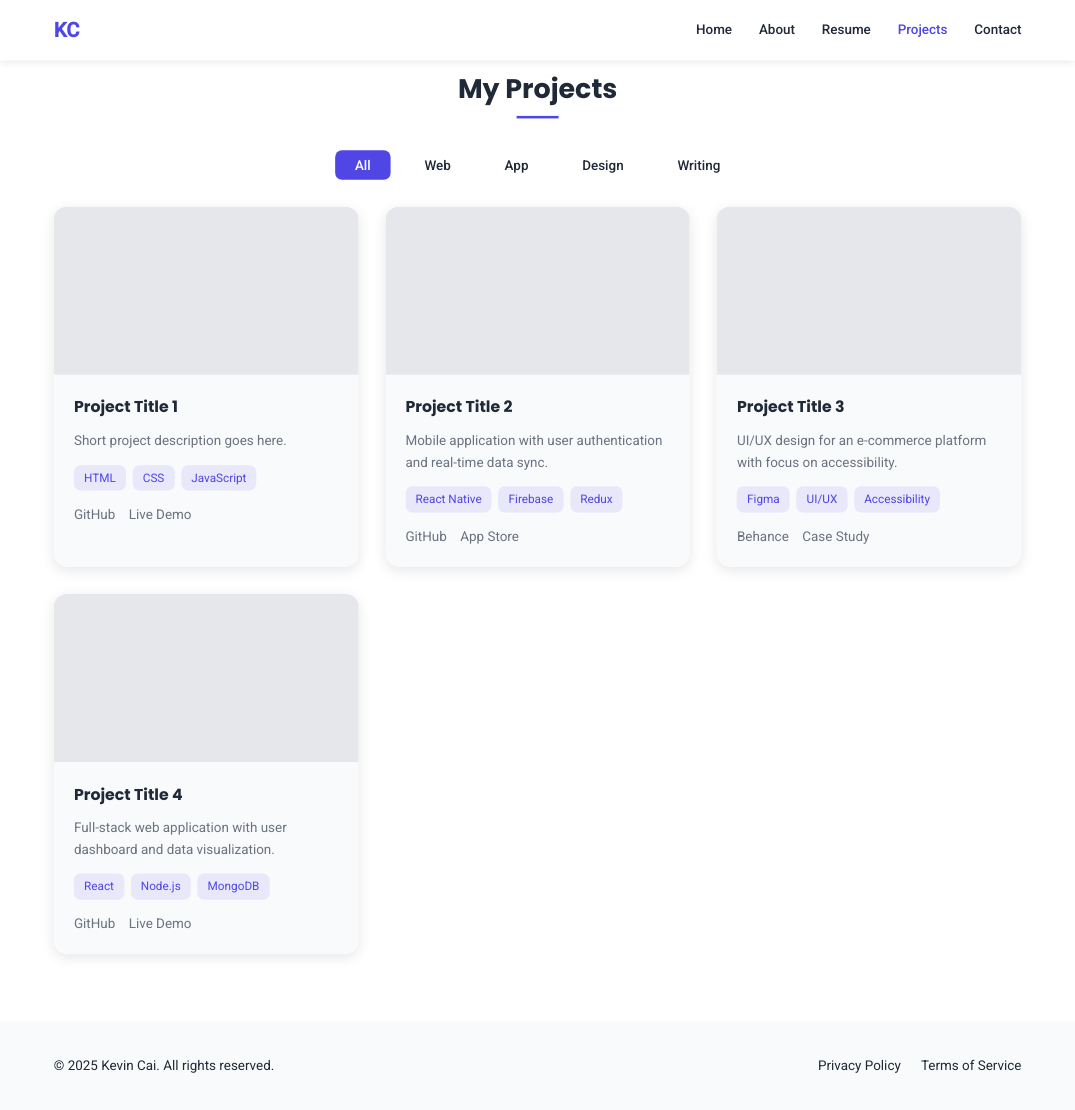
Repository: itskevbo/E-Portfolio
Page: pages/projects.html
The author's editor kept a copy of each file at every save. The page is drawn from the files as they stood at one save, then again after a run of saves.
The browser window is 1280 px wide. The pictures show the whole page, at 84% of full size.

Above is the page before, as saved 2025-04-22 23:27:54.

### pages/projects.html
<!DOCTYPE html>
<html lang="en">
<head>
    <meta charset="UTF-8">
    <meta name="viewport" content="width=device-width, initial-scale=1.0">
    <title>Kevin Cai | Projects</title>
    <meta name="description" content="Explore Kevin Cai's projects and portfolio work">

    <!-- Favicon -->
    <link rel="icon" href="../assets/images/favicon.ico">

    <!-- CSS -->
    <link rel="stylesheet" href="../styles/main.css">

    <!-- Google Fonts -->
    <link rel="preconnect" href="https://fonts.googleapis.com">
    <link rel="preconnect" href="https://fonts.gstatic.com" crossorigin>
    <link href="https://fonts.googleapis.com/css2?family=Poppins:wght@300;400;500;700&family=Roboto:wght@400;500&display=swap" rel="stylesheet">

    <!-- Scroll Reveal (ScrollReveal.js) -->
    <script src="https://unpkg.com/scrollreveal@4.0.9/dist/scrollreveal.min.js"></script>
</head>
<body>
    <!-- Header Component -->
    <header class="header" id="header">
        <div class="container">
            <div class="header__logo">
                <a href="../index.html" class="logo">KC</a>
            </div>

            <nav class="header__nav" id="nav-menu">
                <ul class="header__nav-list">
                    <li class="header__nav-item"><a href="../index.html" class="header__nav-link">Home</a></li>
                    <li class="header__nav-item"><a href="about.html" class="header__nav-link">About</a></li>
                    <li class="header__nav-item"><a href="resume.html" class="header__nav-link">Resume</a></li>
                    <li class="header__nav-item"><a href="projects.html" class="header__nav-link active">Projects</a></li>
                    <li class="header__nav-item"><a href="contact.html" class="header__nav-link">Contact</a></li>
                </ul>

                <div class="header__nav-toggle" id="nav-toggle">
                    <span></span>
                    <span></span>
                    <span></span>
                </div>
            </nav>
        </div>
    </header>

    <main>
        <!-- Projects Section Component -->
        <section class="projects section" id="projects">
            <div class="container">
                <h2 class="section__title">My Projects</h2>
                <div class="projects__filter">
                    <button class="projects__filter-btn active" data-filter="all">All</button>
                    <button class="projects__filter-btn" data-filter="web">Web</button>
                    <button class="projects__filter-btn" data-filter="app">App</button>
                    <button class="projects__filter-btn" data-filter="design">Design</button>
                    <button class="projects__filter-btn" data-filter="writing">Writing</button>
                </div>
                <div class="projects__grid">
                    <!-- Project Card Component 1 -->
                    <div class="project-card" data-category="web">
                        <div class="project-card__image">
                            <!-- Placeholder for project image -->
                            <div class="project-card__image-placeholder"></div>
                        </div>
                        <div class="project-card__content">
                            <h3 class="project-card__title">Project Title 1</h3>
                            <p class="project-card__description">Short project description goes here.</p>
                            <div class="project-card__tags">
                                <span class="tag">HTML</span>
                                <span class="tag">CSS</span>
                                <span class="tag">JavaScript</span>
                            </div>
                            <div class="project-card__links">
                                <a href="#" class="project-card__link" target="_blank">
                                    <span class="icon">GitHub</span>
                                </a>
                                <a href="#" class="project-card__link" target="_blank">
                                    <span class="icon">Live Demo</span>
                                </a>
                            </div>
                        </div>
                    </div>

                    <!-- Project Card Component 2 -->
                    <div class="project-card" data-category="app">
                        <div class="project-card__image">
                            <!-- Placeholder for project image -->
                            <div class="project-card__image-placeholder"></div>
                        </div>
                        <div class="project-card__content">
                            <h3 class="project-card__title">Project Title 2</h3>
                            <p class="project-card__description">Mobile application with user authentication and real-time data sync.</p>
                            <div class="project-card__tags">
                                <span class="tag">React Native</span>
                                <span class="tag">Firebase</span>
                                <span class="tag">Redux</span>
                            </div>
                            <div class="project-card__links">
                                <a href="#" class="project-card__link" target="_blank">
                                    <span class="icon">GitHub</span>
                                </a>
                                <a href="#" class="project-card__link" target="_blank">
                                    <span class="icon">App Store</span>
                                </a>
                            </div>
                        </div>
                    </div>

                    <!-- Project Card Component 3 -->
                    <div class="project-card" data-category="design">
                        <div class="project-card__image">
                            <!-- Placeholder for project image -->
                            <div class="project-card__image-placeholder"></div>
                        </div>
                        <div class="project-card__content">
                            <h3 class="project-card__title">Project Title 3</h3>
                            <p class="project-card__description">UI/UX design for an e-commerce platform with focus on accessibility.</p>
                            <div class="project-card__tags">
                                <span class="tag">Figma</span>
                                <span class="tag">UI/UX</span>
                                <span class="tag">Accessibility</span>
                            </div>
                            <div class="project-card__links">
                                <a href="#" class="project-card__link" target="_blank">
                                    <span class="icon">Behance</span>
                                </a>
                                <a href="#" class="project-card__link" target="_blank">
                                    <span class="icon">Case Study</span>
                                </a>
                            </div>
                        </div>
                    </div>

                    <!-- Project Card Component 4 -->
                    <div class="project-card" data-category="web">
                        <div class="project-card__image">
                            <!-- Placeholder for project image -->
                            <div class="project-card__image-placeholder"></div>
                        </div>
                        <div class="project-card__content">
                            <h3 class="project-card__title">Project Title 4</h3>
                            <p class="project-card__description">Full-stack web application with user dashboard and data visualization.</p>
                            <div class="project-card__tags">
                                <span class="tag">React</span>
                                <span class="tag">Node.js</span>
                                <span class="tag">MongoDB</span>
                            </div>
                            <div class="project-card__links">
                                <a href="#" class="project-card__link" target="_blank">
                                    <span class="icon">GitHub</span>
                                </a>
                                <a href="#" class="project-card__link" target="_blank">
                                    <span class="icon">Live Demo</span>
                                </a>
                            </div>
                        </div>
                    </div>
                </div>
            </div>
        </section>
    </main>

    <!-- Footer Component -->
    <footer class="footer">
        <div class="container">
            <div class="footer__content">
                <p>&copy; 2025 Kevin Cai. All rights reserved.</p>
                <div class="footer__links">
                    <a href="#" class="footer__link">Privacy Policy</a>
                    <a href="#" class="footer__link">Terms of Service</a>
                </div>
            </div>
        </div>
    </footer>

    <!-- JS -->
    <script src="../scripts/main.js"></script>
</body>
</html>

### styles/main.css
/*=============== VARIABLES ===============*/
:root {
    /* Colors */
    --primary-color: #4f46e5;
    --primary-color-alt: #2f24a5;
    --secondary-color: #3b82f6;
    --accent-color: #8b5cf6;
    --text-color: #1f2937;
    --text-color-light: #6b7280;
    --body-color: #ffffff;
    --container-color: #f9fafb;
    --border-color: #e5e7eb;
    --success-color: #10b981;
    --error-color: #ef4444;

    /* Typography */
    --body-font: 'Roboto', sans-serif;
    --heading-font: 'Poppins', sans-serif;
    --h1-font-size: 2.5rem;
    --h2-font-size: 2rem;
    --h3-font-size: 1.5rem;
    --normal-font-size: 1rem;
    --small-font-size: 0.875rem;
    --smaller-font-size: 0.75rem;

    /* Font weights */
    --font-light: 300;
    --font-regular: 400;
    --font-medium: 500;
    --font-bold: 700;

    /* Z-index */
    --z-tooltip: 10;
    --z-fixed: 100;

    /* Transitions */
    --transition: all 0.3s ease;
}

/*=============== BASE ===============*/
* {
    margin: 0;
    padding: 0;
    box-sizing: border-box;
}

html {
    scroll-behavior: smooth;
}

body {
    font-family: var(--body-font);
    font-size: var(--normal-font-size);
    color: var(--text-color);
    background-color: var(--body-color);
    line-height: 1.6;
}

h1, h2, h3 {
    font-family: var(--heading-font);
    font-weight: var(--font-bold);
    color: var(--text-color);
}

ul {
    list-style: none;
}

a {
    text-decoration: none;
    color: var(--text-color);
    transition: var(--transition);
}

a:hover {
    color: var(--primary-color);
}

img {
    max-width: 100%;
    height: auto;
}

button,
input,
textarea {
    font-family: var(--body-font);
    font-size: var(--normal-font-size);
    outline: none;
    border: none;
}

button {
    cursor: pointer;
    background: none;
}

/*=============== REUSABLE CLASSES ===============*/
.container {
    max-width: 1200px;
    margin: 0 auto;
    padding: 0 1.5rem;
}

.section {
    padding: 5rem 0;
}

.section__title {
    font-size: var(--h2-font-size);
    text-align: center;
    margin-bottom: 3rem;
    position: relative;
}

.section__title::after {
    content: '';
    position: absolute;
    width: 50px;
    height: 3px;
    background-color: var(--primary-color);
    bottom: -10px;
    left: 50%;
    transform: translateX(-50%);
}

.highlight {
    color: var(--primary-color);
}

.grid {
    display: grid;
    gap: 1.5rem;
}

/*=============== BUTTONS ===============*/
.btn {
    display: inline-flex;
    align-items: center;
    justify-content: center;
    padding: 0.75rem 1.5rem;
    border-radius: 0.5rem;
    font-weight: var(--font-medium);
    transition: var(--transition);
}

.btn-primary {
    background-color: var(--primary-color);
    color: white;
}

.btn-primary:hover {
    background-color: var(--primary-color-alt);
    color: white;
}

.btn-outline {
    border: 2px solid var(--primary-color);
    color: var(--primary-color);
}

.btn-outline:hover {
    background-color: var(--primary-color);
    color: white;
}

/*=============== HEADER & NAV ===============*/
.header {
    position: fixed;
    top: 0;
    left: 0;
    width: 100%;
    background-color: var(--body-color);
    box-shadow: 0 2px 10px rgba(0, 0, 0, 0.1);
    z-index: var(--z-fixed);
}

.header .container {
    display: flex;
    align-items: center;
    justify-content: space-between;
    height: 4.5rem;
}

.header__logo .logo {
    font-size: 1.5rem;
    font-weight: var(--font-bold);
    color: var(--primary-color);
}

.header__nav {
    display: flex;
    align-items: center;
}

.header__nav-list {
    display: flex;
    gap: 2rem;
}

.header__nav-link {
    font-weight: var(--font-medium);
}

.header__nav-link.active {
    color: var(--primary-color);
}

.header__nav-toggle {
    display: none;
    flex-direction: column;
    gap: 5px;
    cursor: pointer;
}

.header__nav-toggle span {
    width: 25px;
    height: 2px;
    background-color: var(--text-color);
    transition: var(--transition);
}

/*=============== HERO ===============*/
.hero {
    min-height: 100vh;
    display: flex;
    align-items: center;
    padding-top: 4.5rem;
}

.hero .container {
    display: grid;
    grid-template-columns: 1fr 1fr;
    align-items: center;
    gap: 2.5rem;
}

.hero__title {
    font-size: var(--h1-font-size);
    margin-bottom: 1rem;
}

.hero__subtitle {
    font-size: var(--h3-font-size);
    color: var(--primary-color);
    margin-bottom: 1.5rem;
}

.hero__description {
    margin-bottom: 2rem;
    max-width: 400px;
}

.hero__actions {
    display: flex;
    gap: 1rem;
}

.hero__image-placeholder {
    background-color: var(--border-color);
    border-radius: 1rem;
    height: 400px;
    width: 100%;
}

/*=============== ABOUT ===============*/
.about__content {
    display: grid;
    grid-template-columns: 1fr 1fr;
    gap: 2.5rem;
    align-items: center;
}

.about__text p {
    margin-bottom: 1.5rem;
}

.about__image-placeholder {
    background-color: var(--border-color);
    border-radius: 1rem;
    height: 400px;
    width: 100%;
}

/*=============== PROJECTS ===============*/
.projects__filter {
    display: flex;
    justify-content: center;
    flex-wrap: wrap;
    gap: 1rem;
    margin-bottom: 2rem;
}

.projects__filter-btn {
    padding: 0.5rem 1.5rem;
    border-radius: 0.5rem;
    color: var(--text-color);
    font-weight: var(--font-medium);
    transition: var(--transition);
}

.projects__filter-btn:hover,
.projects__filter-btn.active {
    background-color: var(--primary-color);
    color: white;
}

.projects__grid {
    display: grid;
    grid-template-columns: repeat(auto-fill, minmax(280px, 1fr));
    gap: 2rem;
}

.project-card {
    background-color: var(--container-color);
    border-radius: 1rem;
    overflow: hidden;
    box-shadow: 0 4px 15px rgba(0, 0, 0, 0.1);
    transition: var(--transition);
}

.project-card:hover {
    transform: translateY(-10px);
    box-shadow: 0 10px 25px rgba(0, 0, 0, 0.2);
}

.project-card__image-placeholder {
    background-color: var(--border-color);
    height: 200px;
    width: 100%;
}

.project-card__content {
    padding: 1.5rem;
}

.project-card__title {
    margin-bottom: 0.75rem;
}

.project-card__description {
    color: var(--text-color-light);
    margin-bottom: 1rem;
}

.project-card__tags {
    display: flex;
    flex-wrap: wrap;
    gap: 0.5rem;
    margin-bottom: 1rem;
}

.tag {
    background-color: rgba(79, 70, 229, 0.1);
    color: var(--primary-color);
    padding: 0.25rem 0.75rem;
    border-radius: 0.5rem;
    font-size: var(--small-font-size);
}

.project-card__links {
    display: flex;
    gap: 1rem;
}

.project-card__link {
    color: var(--text-color-light);
}

.project-card__link:hover {
    color: var(--primary-color);
}

/*=============== SKILLS ===============*/
.skills__content {
    display: grid;
    grid-template-columns: repeat(auto-fit, minmax(300px, 1fr));
    gap: 2rem;
}

.skills__category-title {
    margin-bottom: 1.5rem;
    position: relative;
    display: inline-block;
    padding-left: 1rem;
}

.skills__category-title::before {
    content: '';
    position: absolute;
    width: 3px;
    height: 100%;
    background-color: var(--primary-color);
    left: 0;
    top: 0;
}

.skills__list {
    display: grid;
    gap: 1rem;
}

.skill-item {
    display: grid;
    gap: 0.5rem;
}

.skill-item__name {
    display: flex;
    justify-content: space-between;
}

.skill-item__bar {
    width: 100%;
    height: 8px;
    background-color: var(--border-color);
    border-radius: 1rem;
    overflow: hidden;
}

.skill-item__progress {
    height: 100%;
    background-color: var(--primary-color);
    border-radius: 1rem;
}

/*=============== CONTACT ===============*/
.contact__content {
    display: grid;
    grid-template-columns: 1fr 2fr;
    gap: 2.5rem;
}

.contact__info {
    display: grid;
    gap: 2rem;
}

.contact__info-item {
    display: flex;
    align-items: center;
    gap: 1rem;
}

.contact__social {
    display: flex;
    gap: 1rem;
}

.contact__social-link {
    display: flex;
    align-items: center;
    justify-content: center;
    width: 40px;
    height: 40px;
    border-radius: 50%;
    background-color: var(--container-color);
    color: var(--text-color);
    transition: var(--transition);
}

.contact__social-link:hover {
    background-color: var(--primary-color);
    color: white;
}

.contact__form {
    display: grid;
    gap: 1.5rem;
}

.form-group {
    display: grid;
    gap: 0.5rem;
}

.form-group label {
    font-weight: var(--font-medium);
}

.form-group input,
.form-group textarea {
    width: 100%;
    padding: 0.75rem 1rem;
    border: 1px solid var(--border-color);
    border-radius: 0.5rem;
    background-color: var(--container-color);
    transition: var(--transition);
}

.form-group input:focus,
.form-group textarea:focus {
    border-color: var(--primary-color);
}

.form-group textarea {
    height: 150px;
    resize: none;
}

/*=============== FOOTER ===============*/
.footer {
    background-color: var(--container-color);
    padding: 2.5rem 0;
}

.footer__content {
    display: flex;
    justify-content: space-between;
    align-items: center;
}

.footer__links {
    display: flex;
    gap: 1.5rem;
}

/*=============== PAGE TRANSITIONS ===============*/
/** Simple page transitions for now
 *  My goal is to try to add more complex animations later
 */
.page-transition {
    animation: fadeIn 1.0s ease forwards;
}

@keyframes fadeIn {
    from {
        opacity: 0;
    }
    to {
        opacity: 1;
    }
}

@keyframes fadeOut {
    from {
        opacity: 1;
    }
    to {
        opacity: 0;
    }
}

.fade-out {
    animation: fadeOut 1.0s ease forwards;
}

/*=============== MEDIA QUERIES ===============*/
/* For medium devices */
@media screen and (max-width: 968px) {
    :root {
        --h1-font-size: 2.25rem;
        --h2-font-size: 1.75rem;
        --h3-font-size: 1.25rem;
    }

    .hero .container,
    .about__content {
        grid-template-columns: 1fr;
    }

    .hero__image {
        grid-row: 1;
    }

    .contact__content {
        grid-template-columns: 1fr;
    }
}

/* For small devices */
@media screen and (max-width: 768px) {
    .header__nav-list {
        position: fixed;
        top: 4.5rem;
        right: -100%;
        background-color: var(--body-color);
        width: 80%;
        height: 100vh;
        flex-direction: column;
        align-items: center;
        justify-content: center;
        padding: 3rem 0;
        box-shadow: -5px 0 15px rgba(0, 0, 0, 0.1);
        transition: var(--transition);
    }

    .header__nav-list.show-menu {
        right: 0;
    }

    .header__nav-toggle {
        display: flex;
    }

    .header__nav-toggle.active span:nth-child(1) {
        transform: rotate(45deg) translate(5px, 5px);
    }

    .header__nav-toggle.active span:nth-child(2) {
        opacity: 0;
    }

    .header__nav-toggle.active span:nth-child(3) {
        transform: rotate(-45deg) translate(5px, -5px);
    }

    .footer__content {
        flex-direction: column;
        gap: 1rem;
    }
}

/* For smaller devices */
@media screen and (max-width: 350px) {
    :root {
        --h1-font-size: 2rem;
        --h2-font-size: 1.5rem;
        --h3-font-size: 1.25rem;
    }

    .container {
        padding: 0 1rem;
    }

    .hero__actions {
        flex-direction: column;
        width: 100%;
    }

    .hero__actions .btn {
        width: 100%;
        text-align: center;
    }

    .projects__filter {
        flex-direction: column;
        width: 100%;
    }
}

Loaded but not shown: scripts/main.js (256 lines, source omitted)

After the next 2 saves:
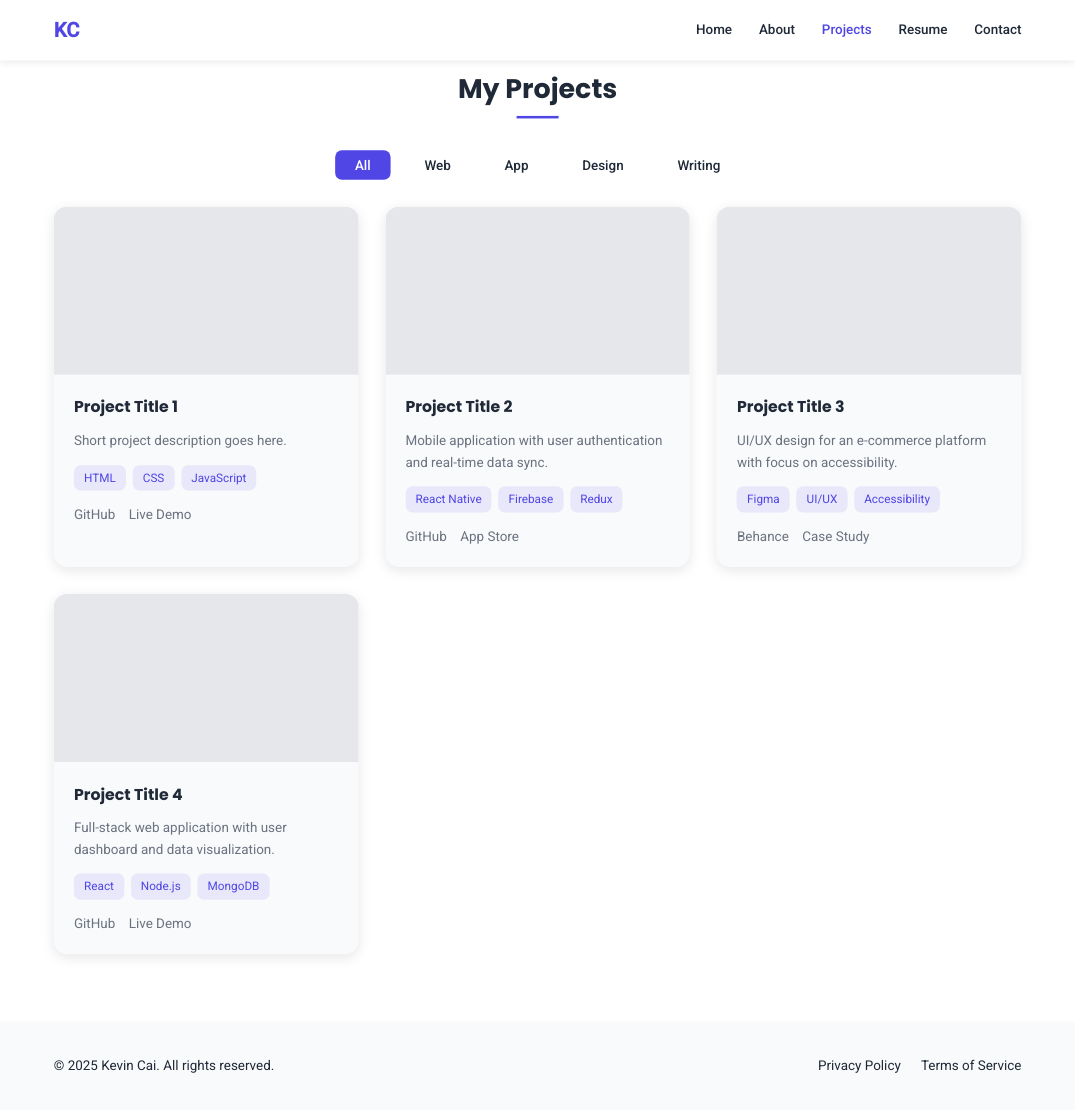
The 2 saves are shown as one change because they came seconds apart.
The last was saved 37 s later.
--- a/pages/projects.html
+++ b/pages/projects.html
@@ -32,8 +32,8 @@
                 <ul class="header__nav-list">
                     <li class="header__nav-item"><a href="../index.html" class="header__nav-link">Home</a></li>
                     <li class="header__nav-item"><a href="about.html" class="header__nav-link">About</a></li>
+                    <li class="header__nav-item"><a href="pages/projects.html" class="header__nav-link">Projects</a></li>
                     <li class="header__nav-item"><a href="resume.html" class="header__nav-link">Resume</a></li>
-                    <li class="header__nav-item"><a href="projects.html" class="header__nav-link active">Projects</a></li>
                     <li class="header__nav-item"><a href="contact.html" class="header__nav-link">Contact</a></li>
                 </ul>
 
